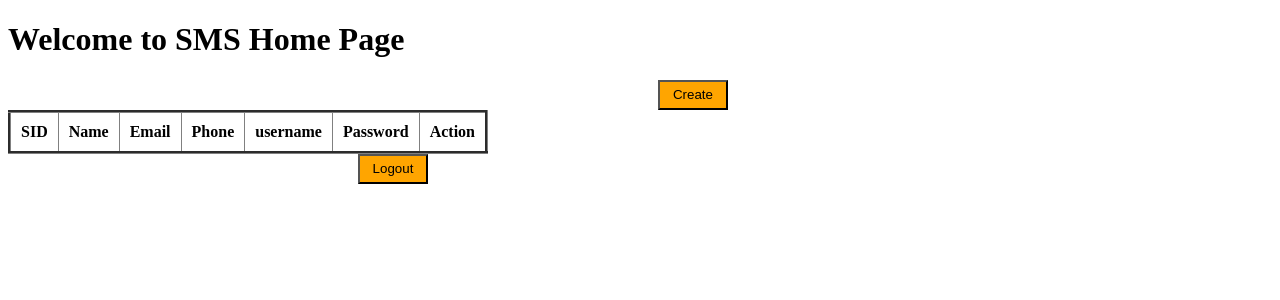
Repository: Madavahari/Servlets
Page: http://localhost/sms/home.jsp
These files come from the project's save history. The page is drawn as it stood at one moment and after the next save; the edit follows.
The browser window is 1280 px wide. The pictures show the whole page.
The page is served by Tomcat 9. Other server files are loaded and not shown. Queries for data that is not in the repository find no rows.

Above is the page before, as saved 2024-10-18 04:51:51.
Console error: TypeError: Cannot read properties of null (reading 'style')

### servlets/sms/src/main/webapp/home.jsp
<%@page import="java.sql.DriverManager"%>
<%@page import="java.sql.ResultSet"%>
<%@page import="java.sql.PreparedStatement"%>
<%@page import="java.sql.Connection"%>
<%@ page language="java" contentType="text/html; charset=UTF-8"
    pageEncoding="UTF-8"%>
<!DOCTYPE html>
<html>
<head>
<style type="text/css">
#btn
{
  height: 30px;
  width: 70px;
  background-color: orange;
  margin-left: 650px;
}
#log
{
  height: 30px;
  width: 70px;
  background-color: orange;
  margin-left: 350px;
}

</style>
<meta charset="UTF-8">
<title>Home Page</title>
</head>
<body>
	<%
	Connection c = null;
	PreparedStatement ps = null;
	ResultSet rs = null;
	try {
		Class.forName("com.mysql.cj.jdbc.Driver");
		c = DriverManager.getConnection("jdbc:mysql://localhost:3306/sms", "root", "root");
		ps = c.prepareStatement("select * from student");
		rs = ps.executeQuery();
	} catch (Exception e) {
		e.printStackTrace();
	}
	%>
	<h1>Welcome to SMS Home Page </h1>
	<a href="register.jsp"><button id="btn">Create</button></a>
	<table border="3" rules="all" cellpadding="10">
		<thead>
			<tr>
				<th>SID</th>
				<th>Name</th>
				<th>Email</th>
				<th>Phone</th>
				<th>username</th>
				<th>Password</th>
				<th colspan="2">Action</th>
			</tr>
		</thead>
		<tbody>
			<%
			while(rs.next())
			{
			%>
			<tr>
				<td><%= rs.getInt(1) %></td>
				<td><%= rs.getString(2) %></td>
				<td><%= rs.getString(3) %></td>
				<td><%= rs.getLong(4) %></td>
				<td><%= rs.getString(5) %></td>
				<td><%= rs.getString(6) %></td>
				<td><a href="delete?sid=<%= rs.getInt(1)%>"><button>Delete</button></a></td>
				<td><a href="updatepage?sid=<%= rs.getInt(1)%>"><button>Update</button></a></td>
			</tr>
			<%} %>
		</tbody>
	</table>
	<a href="logout.jsp"><button id="log">Logout</button></a>
<script type="text/javascript">
let msgEle=document.getElementById("msg");
setTimeout(()=>{
	msgEle.style.display="none";
},2000)
</script>
</body>
</html>

After the next save:
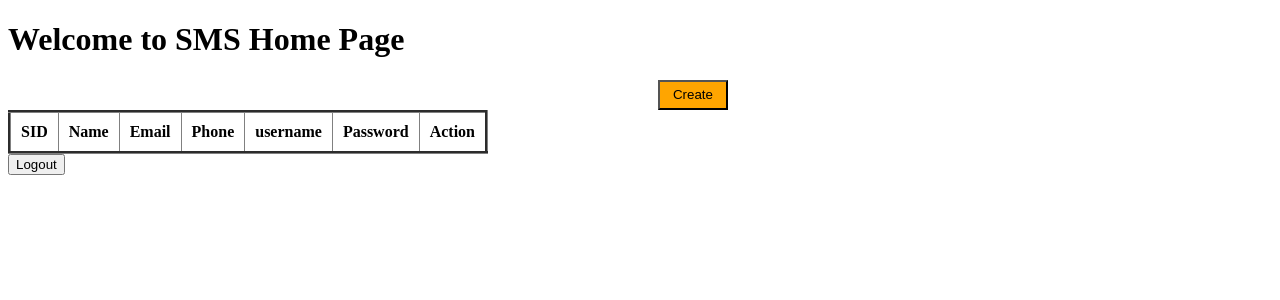
Saved 60 min 0 s later.
--- a/servlets/sms/src/main/webapp/home.jsp
+++ b/servlets/sms/src/main/webapp/home.jsp
@@ -15,7 +15,7 @@
   background-color: orange;
   margin-left: 650px;
 }
-#log
+#logc
 {
   height: 30px;
   width: 70px;
